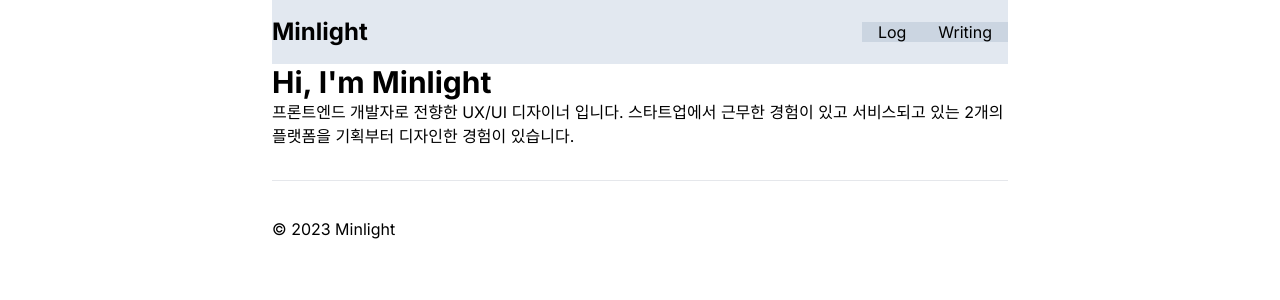
Repository: kwngmin/minlight-log
Page: /
These files come from the project's save history. The page is drawn as it stood at one moment and after the next save; the edit follows.
The browser window is 1280 px wide. The pictures show the whole page.
The project was rebuilt for these pictures with package versions that can differ from the ones it lists, and the page was loaded fresh each time. The framework's server and built-in components were replaced by stand-ins that run in the browser. Also part of the build but not shown: next.config.js.

Above is the page before, as saved 2023-04-04 15:40:42.

### src/app/layout.tsx
import "./globals.css";
import Footer from "@/components/Footer";
import Header from "@/components/Header";

import { Inter } from "next/font/google";
const inter = Inter({ subsets: ["latin"] });

export const metadata = {
  title: {
    default: "Minlight",
    template: "Minlight | %s",
  },
  description: "Minlight log",
};

export default function RootLayout({
  children,
}: {
  children: React.ReactNode;
}) {
  return (
    <html lang="en" className={inter.className}>
      <body className="flex flex-col max-w-screen-md mx-auto px-4">
        <Header />
        <main className="grow">{children}</main>
        <Footer />
      </body>
    </html>
  );
}

### src/app/page.tsx
export default function Home() {
  return (
    <section>
      <h1 className="text-3xl font-bold">{`Hi, I'm Minlight`}</h1>
      <p>
        프론트엔드 개발자로 전향한 UX/UI 디자이너 입니다. 스타트업에서 근무한
        경험이 있고 서비스되고 있는 2개의 플랫폼을 기획부터 디자인한 경험이
        있습니다.
      </p>
    </section>
  );
}

### src/app/globals.css
@tailwind base;
@tailwind components;
@tailwind utilities;

* {
  box-sizing: border-box;
  padding: 0;
  margin: 0;
}
/*
:root {
  --max-width: 1100px;
  --border-radius: 12px;
  --font-mono: ui-monospace, Menlo, Monaco, "Cascadia Mono", "Segoe UI Mono",
    "Roboto Mono", "Oxygen Mono", "Ubuntu Monospace", "Source Code Pro",
    "Fira Mono", "Droid Sans Mono", "Courier New", monospace;

  --foreground-rgb: 0, 0, 0;
  --background-start-rgb: 214, 219, 220;
  --background-end-rgb: 255, 255, 255;

  --primary-glow: conic-gradient(
    from 180deg at 50% 50%,
    #16abff33 0deg,
    #0885ff33 55deg,
    #54d6ff33 120deg,
    #0071ff33 160deg,
    transparent 360deg
  );
  --secondary-glow: radial-gradient(
    rgba(255, 255, 255, 1),
    rgba(255, 255, 255, 0)
  );

  --tile-start-rgb: 239, 245, 249;
  --tile-end-rgb: 228, 232, 233;
  --tile-border: conic-gradient(
    #00000080,
    #00000040,
    #00000030,
    #00000020,
    #00000010,
    #00000010,
    #00000080
  );

  --callout-rgb: 238, 240, 241;
  --callout-border-rgb: 172, 175, 176;
  --card-rgb: 180, 185, 188;
  --card-border-rgb: 131, 134, 135;
}

@media (prefers-color-scheme: dark) {
  :root {
    --foreground-rgb: 255, 255, 255;
    --background-start-rgb: 0, 0, 0;
    --background-end-rgb: 0, 0, 0;

    --primary-glow: radial-gradient(rgba(1, 65, 255, 0.4), rgba(1, 65, 255, 0));
    --secondary-glow: linear-gradient(
      to bottom right,
      rgba(1, 65, 255, 0),
      rgba(1, 65, 255, 0),
      rgba(1, 65, 255, 0.3)
    );

    --tile-start-rgb: 2, 13, 46;
    --tile-end-rgb: 2, 5, 19;
    --tile-border: conic-gradient(
      #ffffff80,
      #ffffff40,
      #ffffff30,
      #ffffff20,
      #ffffff10,
      #ffffff10,
      #ffffff80
    );

    --callout-rgb: 20, 20, 20;
    --callout-border-rgb: 108, 108, 108;
    --card-rgb: 100, 100, 100;
    --card-border-rgb: 200, 200, 200;
  }
}

* {
  box-sizing: border-box;
  padding: 0;
  margin: 0;
}

html,
body {
  max-width: 100vw;
  overflow-x: hidden;
}

body {
  color: rgb(var(--foreground-rgb));
  background: linear-gradient(
      to bottom,
      transparent,
      rgb(var(--background-end-rgb))
    )
    rgb(var(--background-start-rgb));
}

a {
  color: inherit;
  text-decoration: none;
}

@media (prefers-color-scheme: dark) {
  html {
    color-scheme: dark;
  }
} */

### src/components/Footer.tsx
export default function Footer() {
  return (
    <section className="h-24 flex items-center border-t mt-8">
      © 2023 Minlight
    </section>
  );
}

### src/components/Header.tsx
import Link from "next/link";

const navList = [
  { name: "Log", url: "/log" },
  { name: "Writing", url: "/log" },
];

export default function Header() {
  return (
    <section className="h-16 bg-slate-200 flex items-center justify-between">
      <Link href="/" className="text-2xl font-bold">
        Minlight
      </Link>
      <nav className="">
        {navList.map(({ name, url }) => (
          <Link href={url} key={name} className="px-4 bg-slate-300">
            {name}
          </Link>
        ))}
      </nav>
    </section>
  );
}

Loaded but not shown: tailwind.config.js (common file)

After the next save:
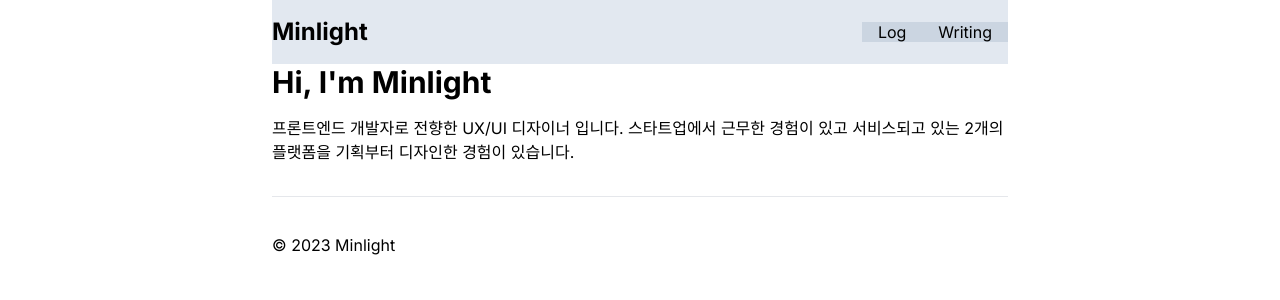
Saved 26 s later.
--- a/src/app/page.tsx
+++ b/src/app/page.tsx
@@ -1,7 +1,7 @@
 export default function Home() {
   return (
     <section>
-      <h1 className="text-3xl font-bold">{`Hi, I'm Minlight`}</h1>
+      <h1 className="text-3xl font-bold mb-4">{`Hi, I'm Minlight`}</h1>
       <p>
         프론트엔드 개발자로 전향한 UX/UI 디자이너 입니다. 스타트업에서 근무한
         경험이 있고 서비스되고 있는 2개의 플랫폼을 기획부터 디자인한 경험이
